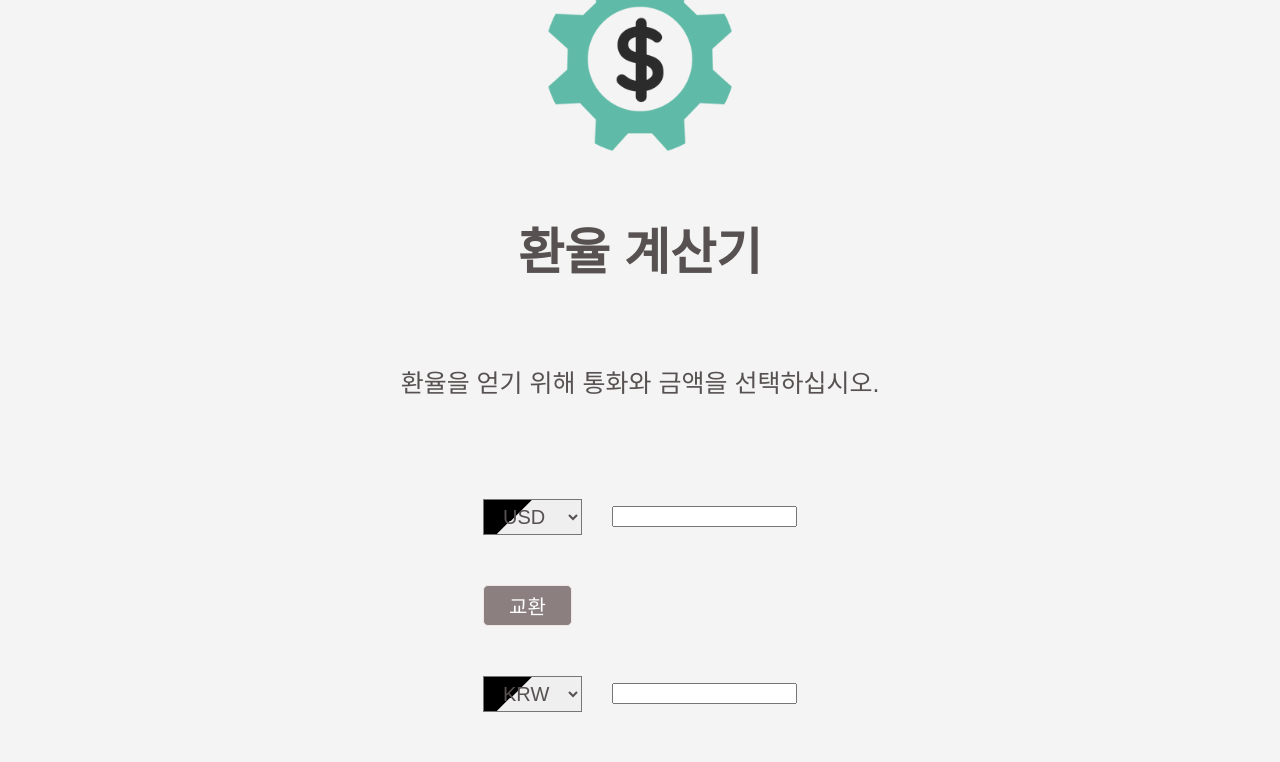
Repository: AbrorjonKuchkarov/exchange-rate
Page: index.html
The author's editor kept a copy of each file at every save. The page is drawn from the files as they stood at one save, then again after the next save.
The browser window is 1280 px wide. The pictures show the whole page.

Above is the page before, as saved 2022-02-24 01:41:41.

### index.html
<!DOCTYPE html>
<html lang="en">
<head>
   <meta charset="UTF-8">
   <meta http-equiv="X-UA-Compatible" content="IE=edge">
   <meta name="viewport" content="width=device-width, initial-scale=1.0">
<link rel="stylesheet" href="style.css">
   <title>환율</title>
</head>
<body>
   <img src="img/money.png" alt="">
   <h1>환율 계산기 </h1>
   <p>환율을 얻기 위해 통화와 금액을 선택하십시오.</p>

   <div class="container">
      <div class="currency">
         <select id="selectOne">
            <option value="AED">AED</option>
            <option value="ARS">ARS</option>
            <option value="AUD">AUD</option>
            <option value="BGN">BGN</option>
            <option value="BRL">BRL</option>
            <option value="BSD">BSD</option>
            <option value="CAD">CAD</option>
            <option value="CHF">CHF</option>
            <option value="CLP">CLP</option>
            <option value="CNY">CNY</option>
            <option value="COP">COP</option>
            <option value="CZK">CZK</option>
            <option value="DKK">DKK</option>
            <option value="DOP">DOP</option>
            <option value="EGP">EGP</option>
            <option value="EUR">EUR</option>
            <option value="FJD">FJD</option>
            <option value="GBP">GBP</option>
            <option value="GTQ">GTQ</option>
            <option value="HKD">HKD</option>
            <option value="HRK">HRK</option>
            <option value="HUF">HUF</option>
            <option value="IDR">IDR</option>
            <option value="ILS">ILS</option>
            <option value="INR">INR</option>
            <option value="ISK">ISK</option>
            <option value="JPY">JPY</option>
            <option value="KRW">KRW</option>
            <option value="KZT">KZT</option>
            <option value="MXN">MXN</option>
            <option value="MYR">MYR</option>
            <option value="NOK">NOK</option>
            <option value="NZD">NZD</option>
            <option value="PAB">PAB</option>
            <option value="PEN">PEN</option>
            <option value="PHP">PHP</option>
            <option value="PKR">PKR</option>
            <option value="PLN">PLN</option>
            <option value="PYG">PYG</option>
            <option value="RON">RON</option>
            <option value="RUB">RUB</option>
            <option value="SAR">SAR</option>
            <option value="SEK">SEK</option>
            <option value="SGD">SGD</option>
            <option value="THB">THB</option>
            <option value="TRY">TRY</option>
            <option value="TWD">TWD</option>
            <option value="UAH">UAH</option>
            <option value="USD" selected>USD</option>
            <option value="UYU">UYU</option>
            <option value="VND">VND</option>
            <option value="ZAR">ZAR</option>
         </select>
         <input type="number" class="inputOne" >
      </div>

      <div class="swap">
         <button class="btn">교환</button>
         <div class="rate"></div>
      </div>

      <div class="currency">
         <select id="selectTwo">
         <option value="AED">AED</option>
         <option value="ARS">ARS</option>
         <option value="AUD">AUD</option>
         <option value="BGN">BGN</option>
         <option value="BRL">BRL</option>
         <option value="BSD">BSD</option>
         <option value="CAD">CAD</option>
         <option value="CHF">CHF</option>
         <option value="CLP">CLP</option>
         <option value="CNY">CNY</option>
         <option value="COP">COP</option>
         <option value="CZK">CZK</option>
         <option value="DKK">DKK</option>
         <option value="DOP">DOP</option>
         <option value="EGP">EGP</option>
         <option value="EUR">EUR</option>
         <option value="FJD">FJD</option>
         <option value="GBP">GBP</option>
         <option value="GTQ">GTQ</option>
         <option value="HKD">HKD</option>
         <option value="HRK">HRK</option>
         <option value="HUF">HUF</option>
         <option value="IDR">IDR</option>
         <option value="ILS">ILS</option>
         <option value="INR">INR</option>
         <option value="ISK">ISK</option>
         <option value="JPY">JPY</option>
         <option value="KRW" selected>KRW</option>
         <option value="KZT">KZT</option>
         <option value="MXN">MXN</option>
         <option value="MYR">MYR</option>
         <option value="NOK">NOK</option>
         <option value="NZD">NZD</option>
         <option value="PAB">PAB</option>
         <option value="PEN">PEN</option>
         <option value="PHP">PHP</option>
         <option value="PKR">PKR</option>
         <option value="PLN">PLN</option>
         <option value="PYG">PYG</option>
         <option value="RON">RON</option>
         <option value="RUB">RUB</option>
         <option value="SAR">SAR</option>
         <option value="SEK">SEK</option>
         <option value="SGD">SGD</option>
         <option value="THB">THB</option>
         <option value="TRY">TRY</option>
         <option value="TWD">TWD</option>
         <option value="UAH">UAH</option>
         <option value="USD">USD</option>
         <option value="UYU">UYU</option>
         <option value="VND">VND</option>
         <option value="ZAR">ZAR</option>
      </select>
      <input type="number" class="inputTwo" >
      </div>
   </div>




   <script src="app.js"></script>
</body>
</html>

### style.css
*{
   box-sizing: border-box;
}

body {
   font-family: Arial, Helvetica, sans-serif;
   margin: 0;
   display: flex;
   flex-direction: column;
   align-items: center;
   justify-content: center;
   height: 100vh;
   background-color: #f4f4f4;
   padding: 10px;

}

img {
   width: 200px;
}

h1{
   font-size: 50px;
   color: #575151;
   padding: 20px 0;
}

p{
   color: #575151;
   font-size: 25px;
   padding-bottom: 25px;
   text-align: center;
}

.btn{
   padding: 5px 25px;
   border-radius: 5px;
   border: 1px solid #f0e6e6;
   background-color: #8b7f7f;
   color: #fff;
   cursor: pointer;
   font-size: 20px;
}

.currency {
   margin: 30px 0;
   padding: 20px 0;
    display: flex;
   align-items: center;
   justify-content: space-between;
}

#selectOne,
#selectTwo{
   margin-right: 30px;
   font-size: 20px;
   color: #575151;
   padding: 5px 15px;
   background-image: url('data:[embedded picture, 475 characters]');
   background-position: right 10px top 50%;

}

Loaded but not shown: app.js (no copy from this time; the picture is the same without it)

After the next save:
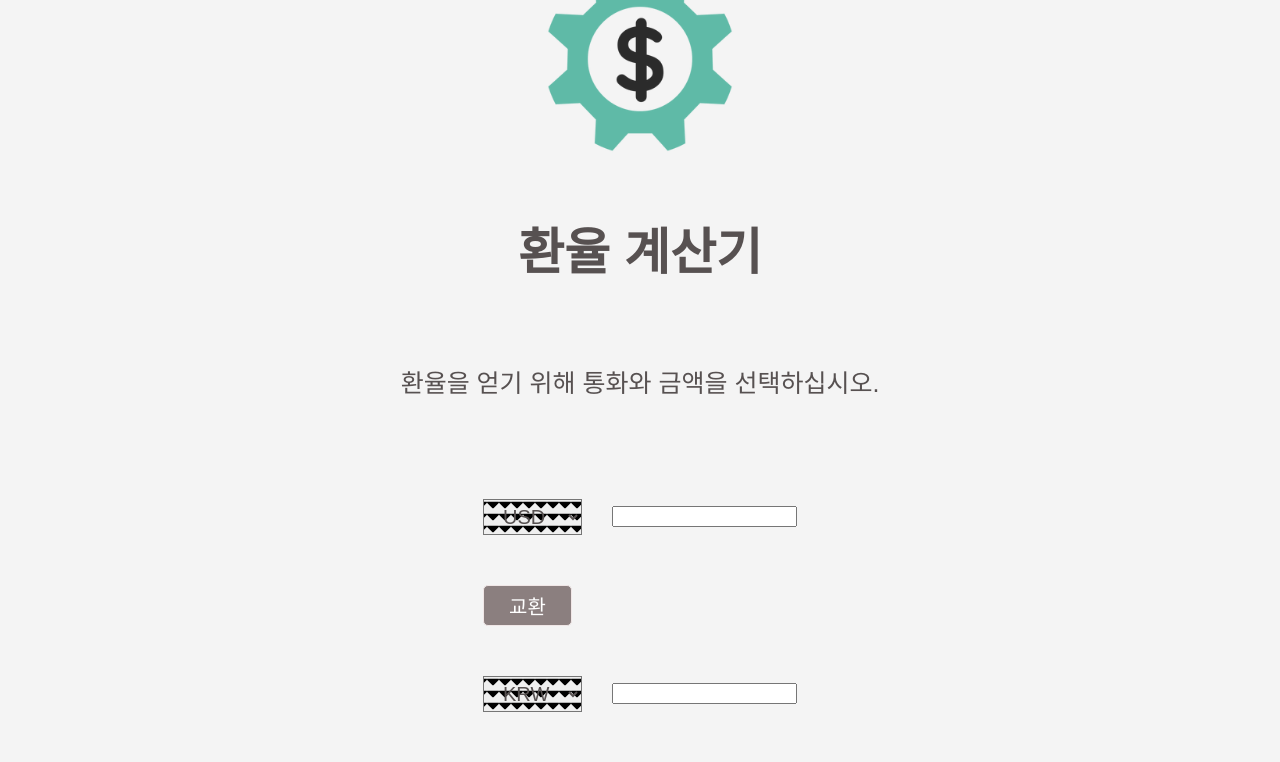
Saved 14 s later.
--- a/style.css
+++ b/style.css
@@ -58,5 +58,6 @@
    padding: 5px 15px;
    background-image: url('data:[embedded picture, 475 characters]');
    background-position: right 10px top 50%;
+   background-size: 12px auto;
 
 }
